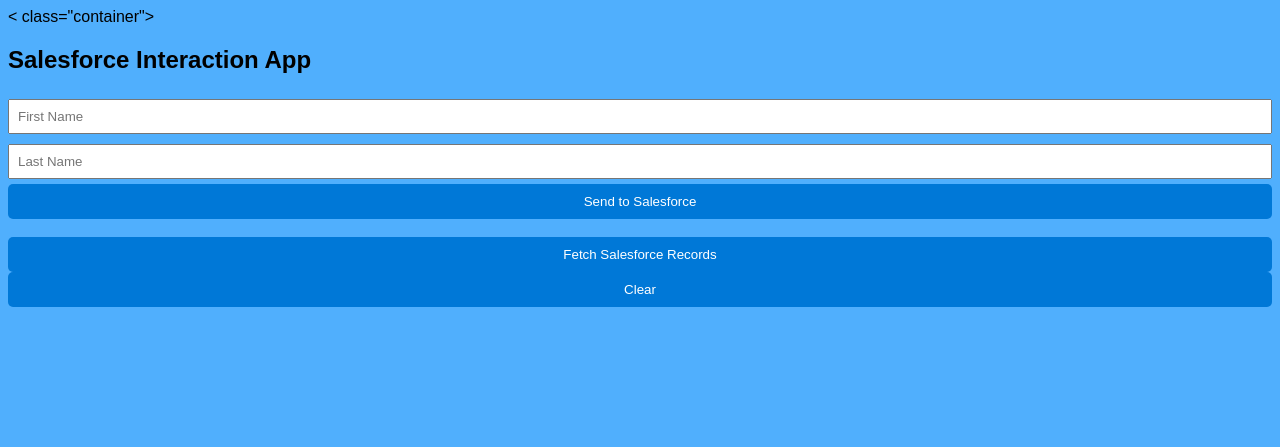
Repository: PamodaW/SalesforceSync
Page: Client/index.html
The author's editor kept a copy of each file at every save. The page is drawn from the files as they stood at one save, then again after the next save.
The browser window is 1280 px wide. The pictures show the whole page.

Above is the page before, as saved 2024-11-20 15:33:57.

### Client/index.html
<!DOCTYPE html>
<html lang="en">
<head>
    <meta charset="UTF-8">
    <meta name="viewport" content="width=device-width, initial-scale=1.0">
    <link rel="stylesheet" href="style.css">
    <title>Salesforce Web App</title>
</head>
<body>
    <div class="Clouds"></div>
    <div class="Clouds"></div>
    <div class="Clouds"></div>
    < class="container">
        <h2>Salesforce Interaction App</h2>
        <form id="salesforceForm">
            <input type="text" id="firstName" placeholder="First Name" required>
            <input type="text" id="lastName" placeholder="Last Name" required>
            <br/>
            <button type="button" onclick="createRecord()">Send to Salesforce</button>
        </form>
        <br/>
        <button onclick="fetchRecords()">Fetch Salesforce Records</button>
        <br/>
        <button onclick="ClearArea()">Clear</button>
        <div id="output"></div>
    </div>
    <script src="script.js"></script>
</body>
</html>

### Client/style.css
body {
    font-family: Arial, sans-serif;
    background-color: #50affd;
}

.container {
    width: 300px;
    margin: 50px auto;
    padding: 20px;
    background: white;
    border-radius: 10px;
    box-shadow: 0 0 10px #ccc;
    background-color: rgba(0, 0, 0, 0.3); /* 30% transparent black background */
    color: #ffffff; /* Text color remains opaque */
}

input {
    width: 100%;
    padding: 8px;
    margin: 5px 0;
    box-sizing: border-box;
}

button {
    width: 100%;
    padding: 10px;
    background: #0078d7;
    color: white;
    border: none;
    border-radius: 5px;
    cursor: pointer;
}

button:hover {
    background: #0056a6;
}

#output {
    margin-top: 20px;
}

### Client/script.js
const consumerKey = "3MVG9DREgiBqN9Wn1tmI.eQb32fXpKrWsCOiPp9anMP.XOEs3Rv7Ic_w7Q17wlZtloetkekoWTk5wvuYA8eFB";
const consumerSecret = "A0E8A1E3413392B2C6332CBA430EEA0D6A9BF24CEB56DDAEEF33126583276774";
const username = "pamodaw@gmail.com";
const password = "Pamzi2020yBm8RGuqKhuSUMUayOxBCQAk";

let accessToken = "";

async function authenticate() {
    try {
        const response = await fetch('http://localhost:3000/authenticate', {
            method: 'POST',
            headers: {
                'Content-Type': 'application/json',
            },
        });

        const data = await response.json();
        if (data.access_token) {
            accessToken = data.access_token;
            instanceUrl = data.instance_url;
            console.log('Authenticated successfully');
        } else {
            console.error('Authentication failed', data);
            alert("Authentication failed: " + JSON.stringify(data));
        }
    } catch (error) {
        console.error('Error during authentication', error);
    }
}


// Step 2: Create a Record in Salesforce
// Assuming the accessToken and instanceUrl are set after authentication

async function createRecord() {
    if (!accessToken || !instanceUrl) {
        await authenticate();
    }

    if (accessToken && instanceUrl) {
        const firstName = document.getElementById("firstName").value;
        const lastName = document.getElementById("lastName").value;

        const newContact = {
            FirstName: firstName,
            LastName: lastName,
        };

        try {
            const response = await fetch('http://localhost:3000/createContact', {  // Matches the server port
                method: 'POST',
                headers: {
                    'Content-Type': 'application/json',
                },
                body: JSON.stringify({
                    accessToken: accessToken,
                    instanceUrl: instanceUrl,
                    contactData: newContact,
                }),
            });

            const data = await response.json();

            if (data.id) {
                console.log('Contact created successfully', data);
                alert(`Contact created successfully: ${data.id}`);
            } else {
                console.error('Failed to create contact', data);
                alert("Failed to create contact: " + JSON.stringify(data));
            }
        } catch (error) {
            console.error('Error during contact creation', error);
        }
    } else {
        console.error('Authentication failed. Cannot create record.');
    }
}



// Step 3: Fetch Records from Salesforce
async function fetchRecords() {
    if (!accessToken || !instanceUrl) {
        await authenticate();
    }

    if (accessToken && instanceUrl) {
        try {
            const response = await fetch('http://localhost:3000/getContacts', {
                method: 'POST',
                headers: {
                    'Content-Type': 'application/json',
                },
                body: JSON.stringify({
                    accessToken: accessToken,
                    instanceUrl: instanceUrl,
                }),
            });

            const contacts = await response.json();

            if (Array.isArray(contacts)) {
                console.log('Contacts fetched successfully:', contacts);
                let output = "<h3>Fetched Contacts:</h3>";
                contacts.forEach(contact => {
                    output += `<p>${contact.FirstName} ${contact.LastName}</p>`;
                });
                document.getElementById('output').innerHTML = output;
            } else {
                console.error('Failed to fetch contacts', contacts);
                alert("Failed to fetch contacts: " + JSON.stringify(contacts));
            }
        } catch (error) {
            console.error('Error during contact fetch', error);
        }
    } else {
        console.error('Authentication failed. Cannot fetch contacts.');
    }
}

//clear the Area
async function ClearArea(){
    document.getElementById('output')
            .innerHTML = "";
}

After the next save:
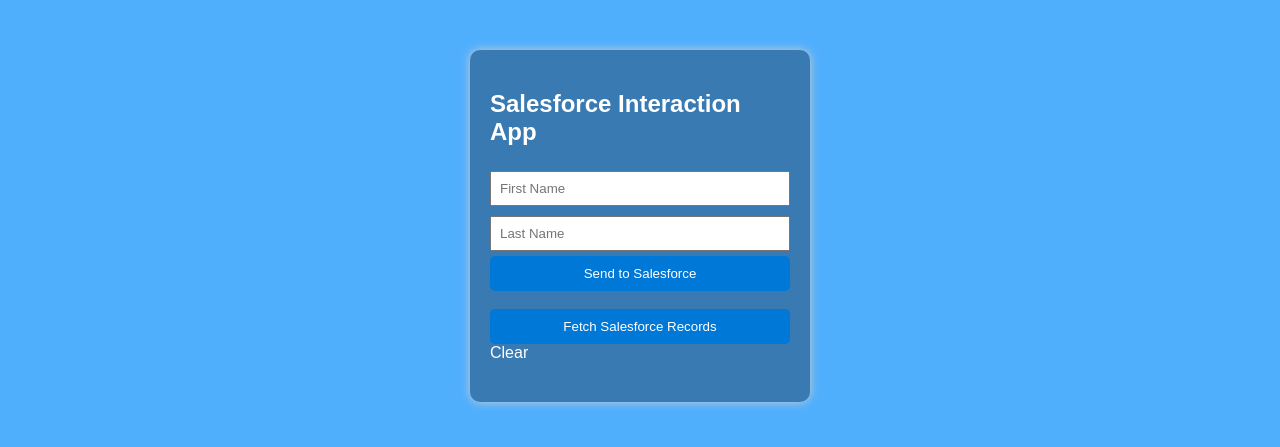
Saved 6 s later.
--- a/Client/index.html
+++ b/Client/index.html
@@ -10,7 +10,7 @@
     <div class="Clouds"></div>
     <div class="Clouds"></div>
     <div class="Clouds"></div>
-    < class="container">
+    <div class="container">
         <h2>Salesforce Interaction App</h2>
         <form id="salesforceForm">
             <input type="text" id="firstName" placeholder="First Name" required>
@@ -20,7 +20,7 @@
         </form>
         <br/>
         <button onclick="fetchRecords()">Fetch Salesforce Records</button>
-        <br/>
+        <br></
         <button onclick="ClearArea()">Clear</button>
         <div id="output"></div>
     </div>
